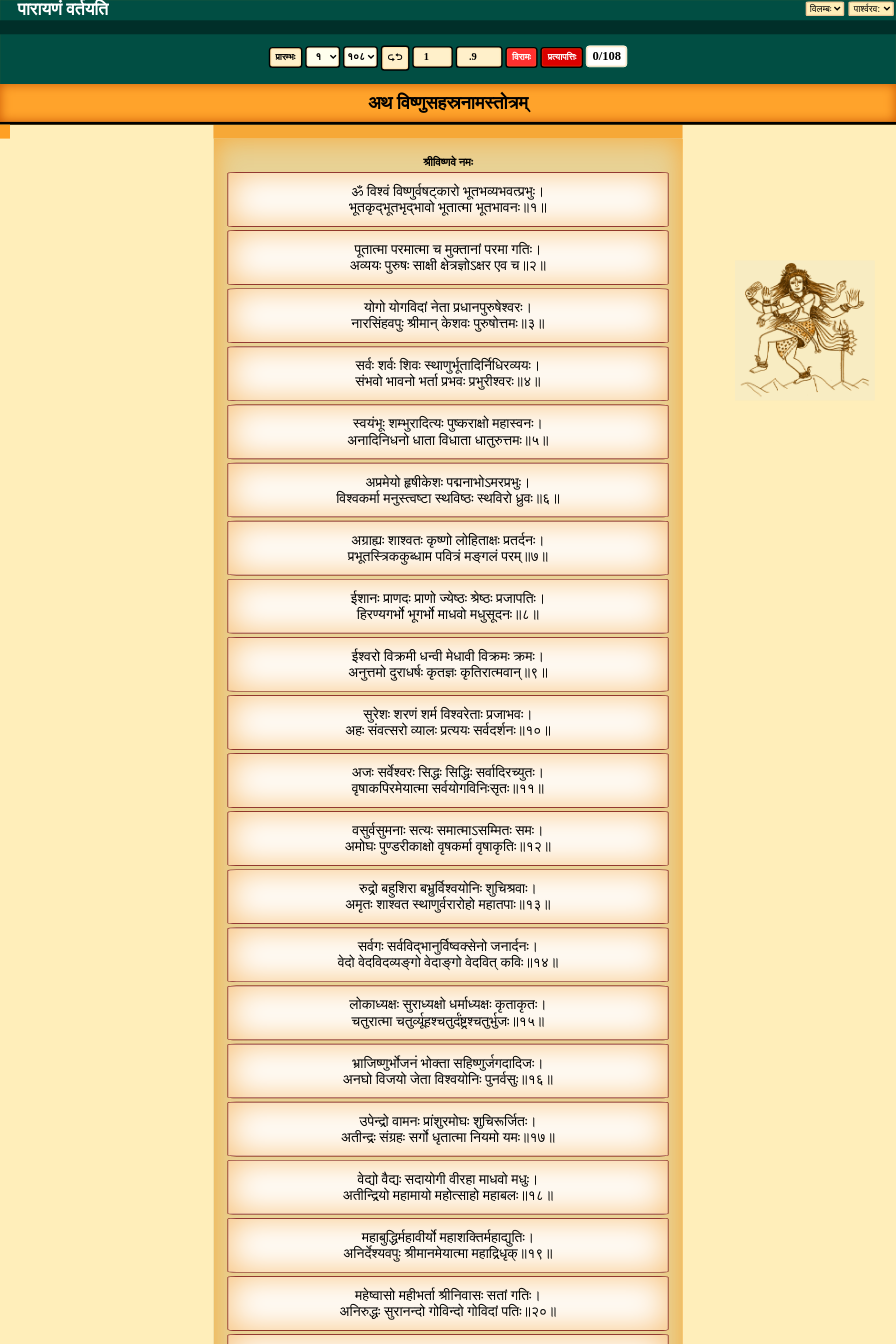
Repository: arshavak/vishnu-sahasranam
Page: index.html
An editor plug-in stored every save of this project. The page is shown before and after the next save, followed by the edit.
The browser window is 1280 px wide. The pictures show the part of the page from y = 0 to 1920 px (the page is 9265 px tall), at 70% of full size.

Above is the page before, as saved 2024-12-30 13:08:18.
Not found: scripts/sanskrittime.js

After the next save:
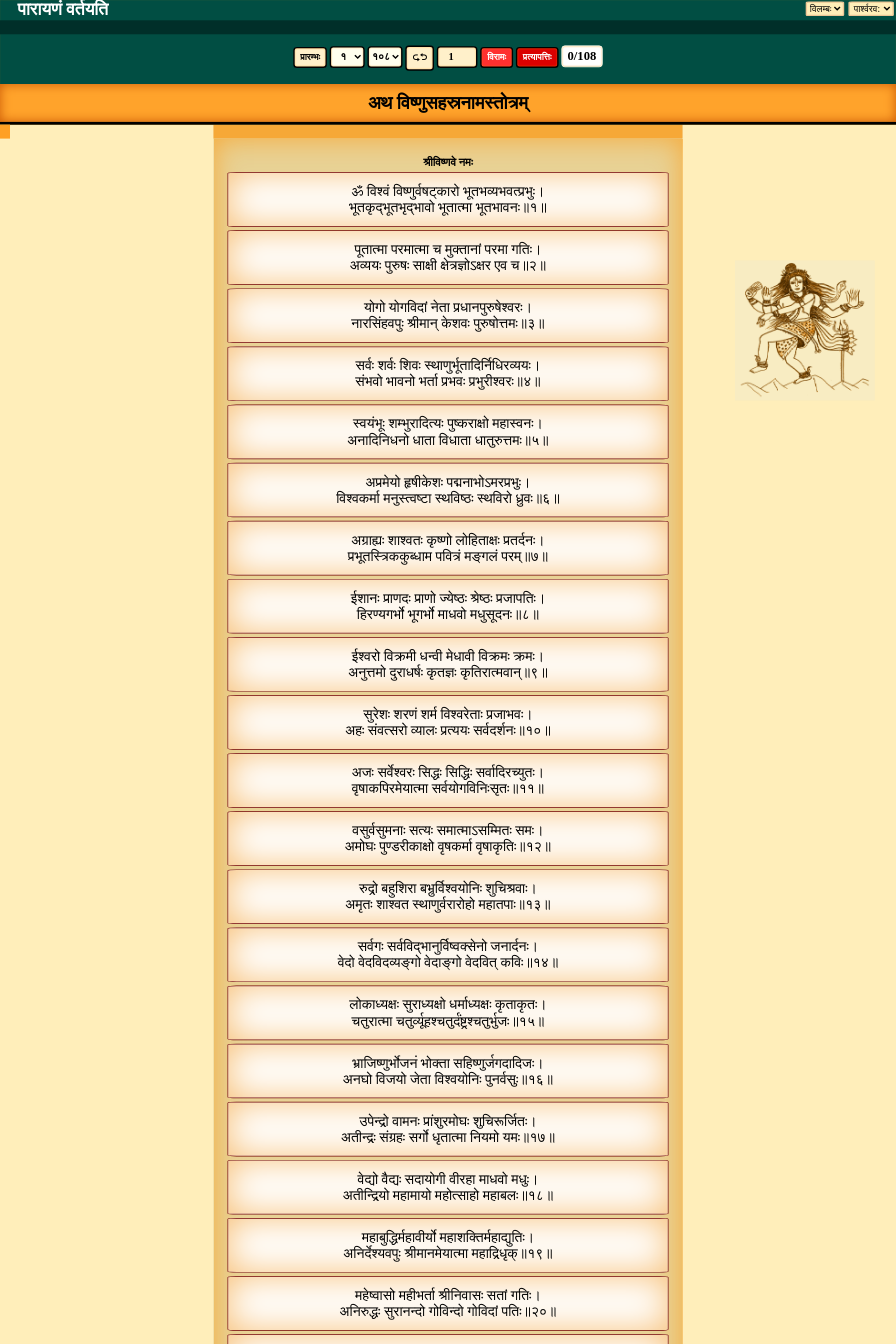
Saved 36 s later.
--- a/index.html
+++ b/index.html
@@ -33,7 +33,7 @@
       <input name="toggle_btn" type="checkbox" id="check"/>
       <input id="loop" class="loop" type="button" value="&#11150&#11148"/>
       <input id="repeat" value="1" max="99" min="1" type="number"/>
-      <input id="speed" value=".9" max="4" min=".5" step="0.1" type="number"/>
+      <input style="display: none;" id="speed" value=".9" max="4" min=".5" step="0.1" type="number"/>
       <input name="stop_button" class="psuGrup stop" type="button" value="विरामः"/>
       <input class="reset psuGrup" type="button" value="प्रत्यापत्तिः"/>
       <input id="suchna" type="button" class="psuGrup suchna"/>
